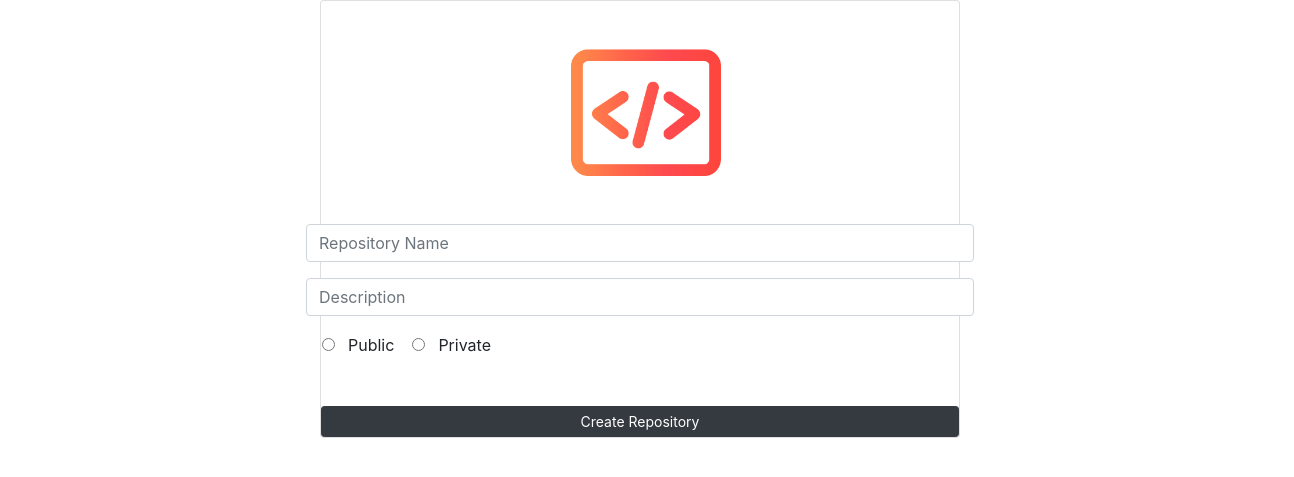
Repository: rashmikagamage/OAuth-Implementation
Page: /auth/github/callback (app in frontend/)
An editor plug-in stored every save of this project. The page is shown before and after the next save, followed by the edit.
The browser window is 1280 px wide. The page is 1280 px wide, then 1294 px, so the pictures cover 1294 px, including what lies to the right of the window. The pictures show the whole page.
Some web libraries are served in a nearby version. The project was rebuilt for these pictures with package versions that can differ from the ones it lists, and the page was loaded fresh each time. Also part of the build but not shown: frontend/src/css/twitter.css, frontend/src/components/login.js, frontend/src/components/twitter-home.js, frontend/src/components/login-git.js, frontend/src/App.css.

Above is the page before, as saved 2021-09-08 17:51:05.

### frontend/public/index.html
<!DOCTYPE html>
<html lang="en">
  <head>
    <meta charset="utf-8" />
    <link rel="icon" href="%PUBLIC_URL%/favicon.ico" />
    <meta name="viewport" content="width=device-width, initial-scale=1" />
    <meta name="theme-color" content="#000000" />
    <meta
      name="description"
      content="Web site created using create-react-app"
    />
    <link rel="apple-touch-icon" href="%PUBLIC_URL%/logo192.png" />
    <!--
      manifest.json provides metadata used when your web app is installed on a
      user's mobile device or desktop. See https://developers.google.com/web/fundamentals/web-app-manifest/
    -->
    <link rel="manifest" href="%PUBLIC_URL%/manifest.json" />
    <link rel="stylesheet" href="https://pro.fontawesome.com/releases/v5.13.0/css/all.css">
    <link rel="shortcut icon" href="%PUBLIC_URL%/favicon.ico">
    <!--
      Notice the use of %PUBLIC_URL% in the tags above.
      It will be replaced with the URL of the `public` folder during the build.
      Only files inside the `public` folder can be referenced from the HTML.

      Unlike "/favicon.ico" or "favicon.ico", "%PUBLIC_URL%/favicon.ico" will
      work correctly both with client-side routing and a non-root public URL.
      Learn how to configure a non-root public URL by running `npm run build`.
    -->
    <link rel="stylesheet" href="https://maxcdn.bootstrapcdn.com/bootstrap/4.0.0/css/bootstrap.min.css" integrity="sha384-Gn5384xqQ1aoWXA+058RXPxPg6fy4IWvTNh0E263XmFcJlSAwiGgFAW/dAiS6JXm" crossorigin="anonymous">
    <title>React App</title>

  </head>
  <body>

    <noscript>You need to enable JavaScript to run this app.</noscript>
    <div id="root"></div>
    <!--
      This HTML file is a template.
      If you open it directly in the browser, you will see an empty page.

      You can add webfonts, meta tags, or analytics to this file.
      The build step will place the bundled scripts into the <body> tag.

      To begin the development, run `npm start` or `yarn start`.
      To create a production bundle, use `npm run build` or `yarn build`.
    -->
    <script src="https://code.jquery.com/jquery-3.2.1.slim.min.js" integrity="sha384-KJ3o2DKtIkvYIK3UENzmM7KCkRr/rE9/Qpg6aAZGJwFDMVNA/GpGFF93hXpG5KkN" crossorigin="anonymous"></script>
    <script src="https://cdnjs.cloudflare.com/ajax/libs/popper.js/1.12.9/umd/popper.min.js" integrity="sha384-ApNbgh9B+Y1QKtv3Rn7W3mgPxhU9K/ScQsAP7hUibX39j7fakFPskvXusvfa0b4Q" crossorigin="anonymous"></script>
    <script src="https://maxcdn.bootstrapcdn.com/bootstrap/4.0.0/js/bootstrap.min.js" integrity="sha384-JZR6Spejh4U02d8jOt6vLEHfe/JQGiRRSQQxSfFWpi1MquVdAyjUar5+76PVCmYl" crossorigin="anonymous"></script>
  </body>
</html>

### frontend/src/App.js
import Login from './components/login';
import GitHome from './components/git-home';
import TwitterHome from './components/twitter-home';
import LoginGit from './components/login-git';
import {BrowserRouter as Router, Route} from "react-router-dom";
import './App.css';


function App() {
  return (

    <Router>{
      <div>
          <switch>
              <Route path="/login" component={Login}/>
              <Route path="/logingit" component={LoginGit}/>
              <Route path="/auth/github/callback" component={GitHome}/>
              <Route path="/twitterHome" component={TwitterHome}/>

          </switch>
      </div>
  }

  </Router>
  );
}

export default App;

### frontend/src/components/git-home.js
import "../css/git.css";
import code from "../images/code.png";
import React, { useState } from "react";
const axios = require("axios").default;

function GitHome(props) {
  function getRepos() {}
  return (
    <div class="main card">
       <img src={code} alt="Avatar" class="img"></img>
      <form>
        <div class="form-group row mt-5">
          <input
            type="text"
            class="form-control"
            id="formGroupExampleInput"
            placeholder="Repository Name"
          ></input>
          <input
            type="text"
            class="form-control mt-3"
            id="formGroupExampleInput"
            placeholder="Description"
          ></input>
        </div>
        <table>
          <tr>
            <td>
              <div class="form-check">
                <input
                  class="form-check-input position-static"
                  type="radio"
                  name="public"
                  id="true"
                  value="option1"
                  aria-label="..."
                ></input>
              </div>
            </td>
            <td>
              <label class="form-check-label ml-1 mr-3" for="exampleRadios2">
                Public
              </label>
            </td>
            <td>
              <div class="form-check">
                <input
                  class="form-check-input position-static"
                  type="radio"
                  name="private"
                  id="false"
                  value="false"
                  aria-label="..."
                ></input>
              </div>
            </td>
            <td>
              <label class="form-check-label ml-1 mr-3" for="exampleRadios2">
                Private
              </label>
            </td>
          </tr>
        </table>
      </form>
      <button type="button" class="btn btn-dark btn-sm btn-block mt-5">Create Repository</button>
    </div>
  );
}

export default GitHome;

### frontend/src/css/git.css
.main{
  margin: auto;
  width: 50%;
}

.img{
    width: 150px;
    margin-left: 250px;
    margin-top:25px ;
}

Loaded but not shown: frontend/src/index.js (common file); frontend/src/index.css (common file); frontend/src/reportWebVitals.js (common file)

After the next save:
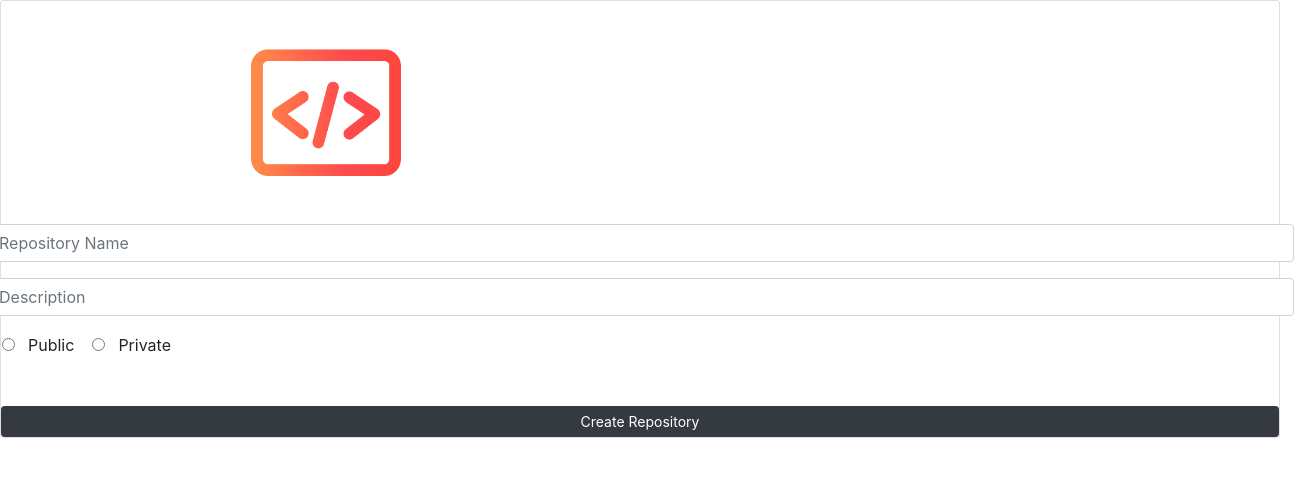
Saved 13 s later.
--- a/frontend/src/components/git-home.js
+++ b/frontend/src/components/git-home.js
@@ -6,7 +6,7 @@ const axios = require("axios").default;
 function GitHome(props) {
   function getRepos() {}
   return (
-    <div class="main card">
+    <div class="card">
        <img src={code} alt="Avatar" class="img"></img>
       <form>
         <div class="form-group row mt-5">
